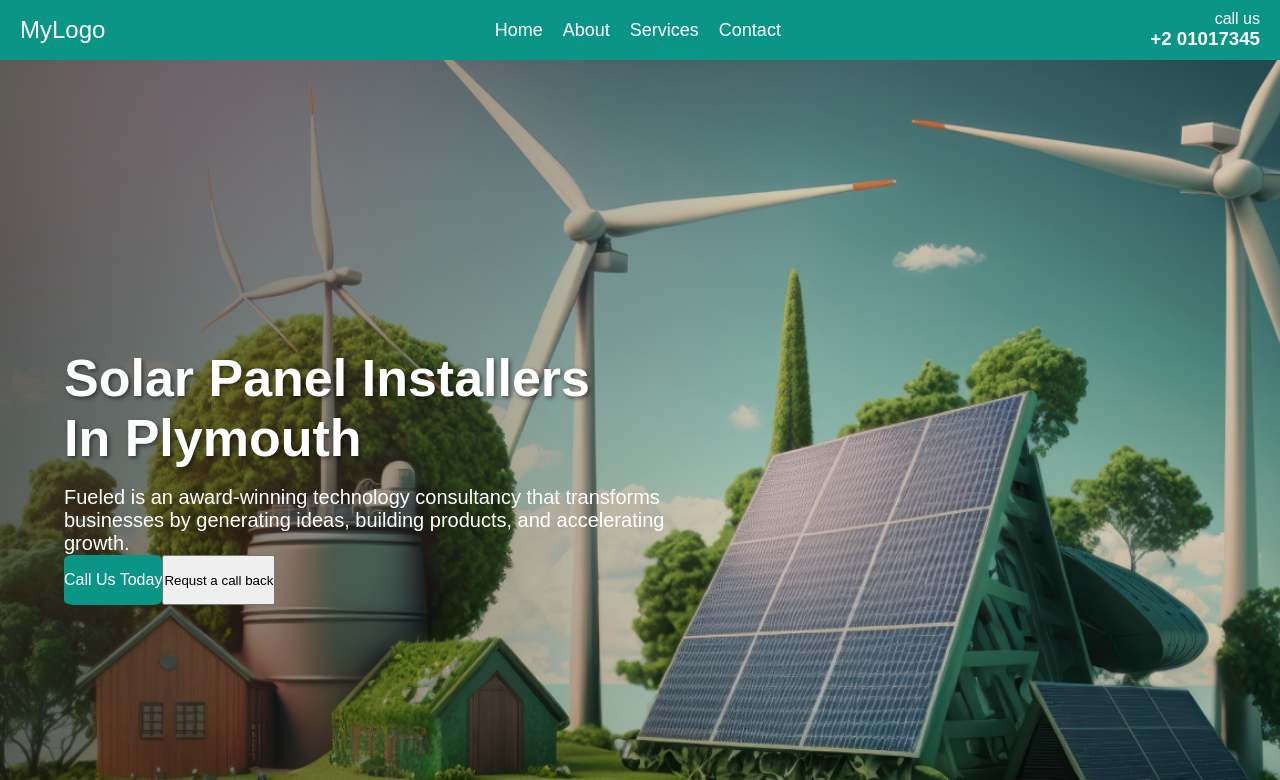
Repository: MaramNabil872/Landing-Page
Page: landingPage.html
These files come from the project's save history. The page is drawn as it stood at one moment and after the next save; the edit follows.
The browser window is 1280 px wide. The pictures show the whole page.

Above is the page before, as saved 2024-10-20 20:41:07.

After the next save:
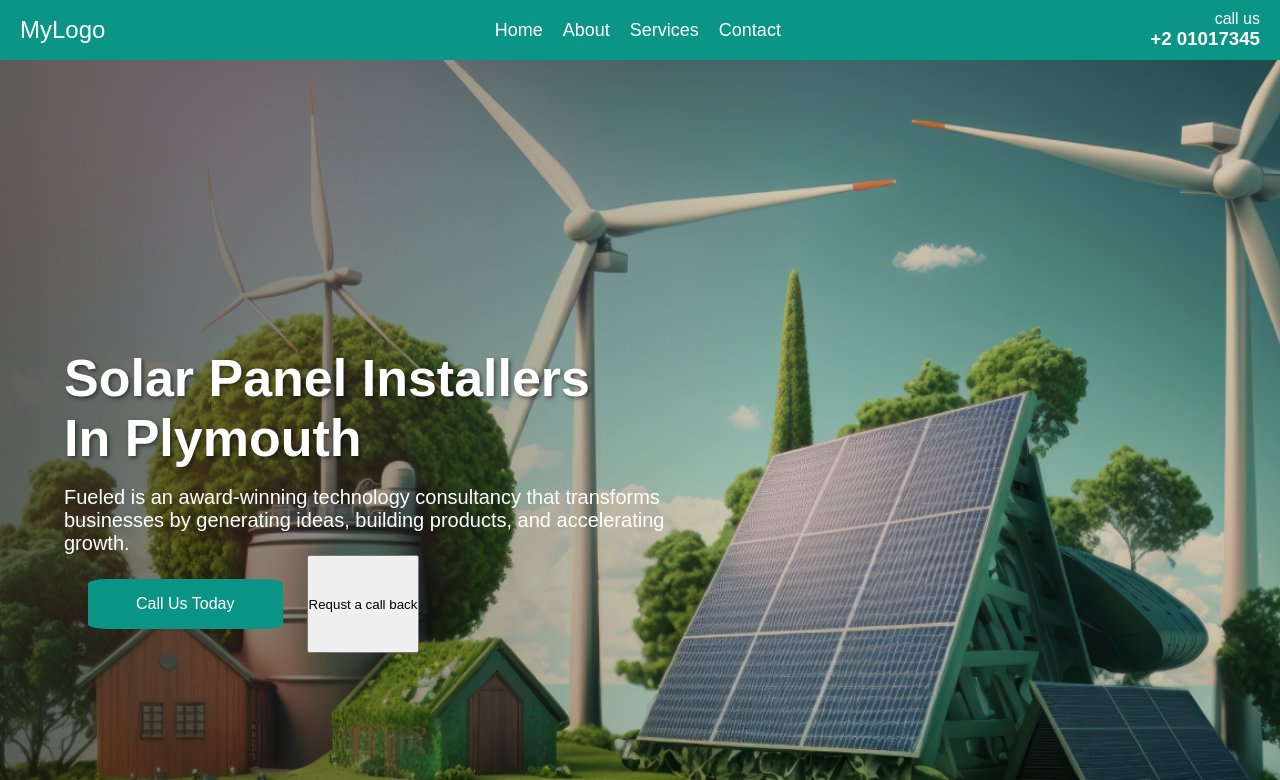
Saved 2 min 38 s later.
--- a/landingPage.css
+++ b/landingPage.css
@@ -87,7 +87,9 @@ body {
     color: white;
     border: none;
     border-radius: 10%;
-    /* width: 50%;  */
+    padding: 2% 8%;
+    /* width: 20px; */
+    margin: 4%;
     height: 50px;
     font-size: 16px;
     cursor: pointer;
